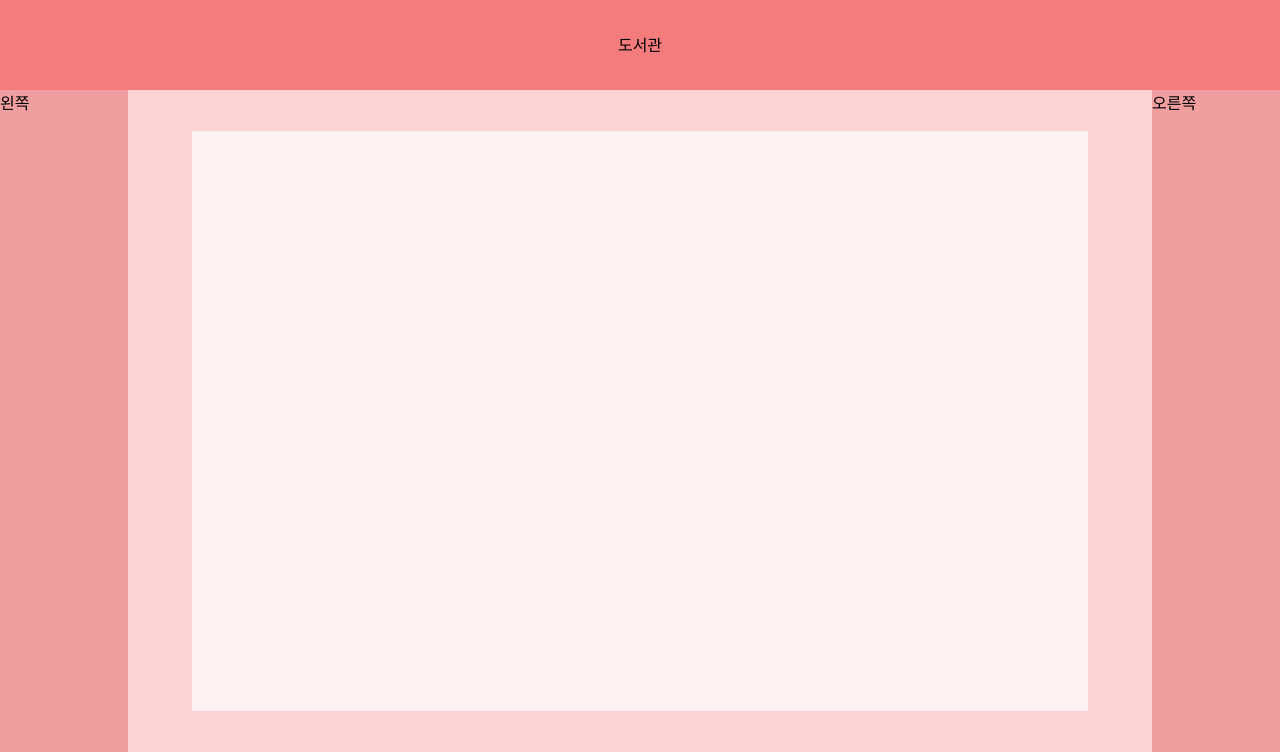
Repository: sojihwan/API_-Multi
Page: / (app in API/)
An editor plug-in stored every save of this project. The page is shown before and after the next save, followed by the edit.
The browser window is 1280 px wide. The pictures show the whole page.
The project was rebuilt for these pictures with package versions that can differ from the ones it lists, and the page was loaded fresh each time. Also part of the build but not shown: API/src/App.css.

Above is the page before, as saved 2022-05-24 16:13:42.

After the next save:
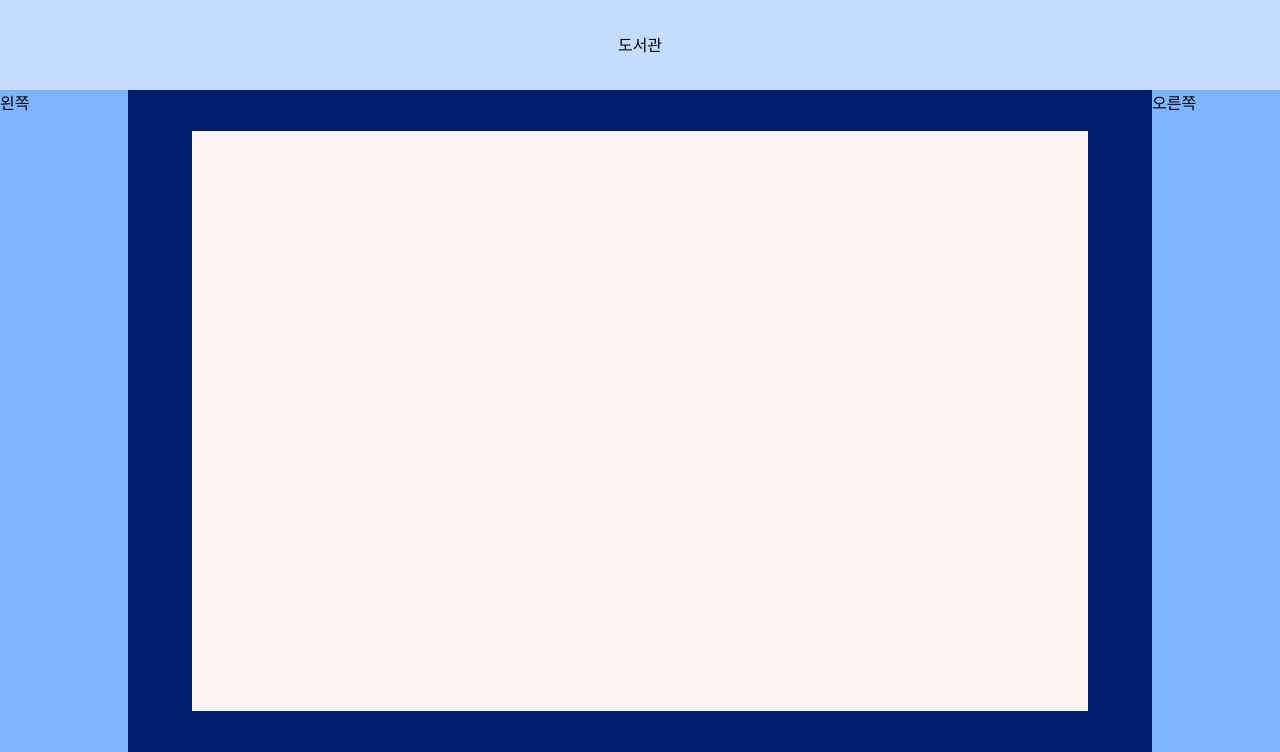
Saved 47 s later.
--- a/API/src/Layout/layout.css
+++ b/API/src/Layout/layout.css
@@ -8,12 +8,12 @@ header {
   height: 90px;
   line-height: 90px;
   text-align: center;
-  background: #F47C7C;
+  background: #C4DDFF;
 }
 
 aside {
   top: 90px;
-  background: #EF9F9F;
+  background: #7FB5FF;
 }
 
 main aside:first-child {
@@ -28,7 +28,7 @@ main {
   justify-content: center;
   align-items: center;
   min-height: 91.9vh;
-  background: #FAD4D4;
+  background: #001D6E;
 }
 
 main aside:last-child {
